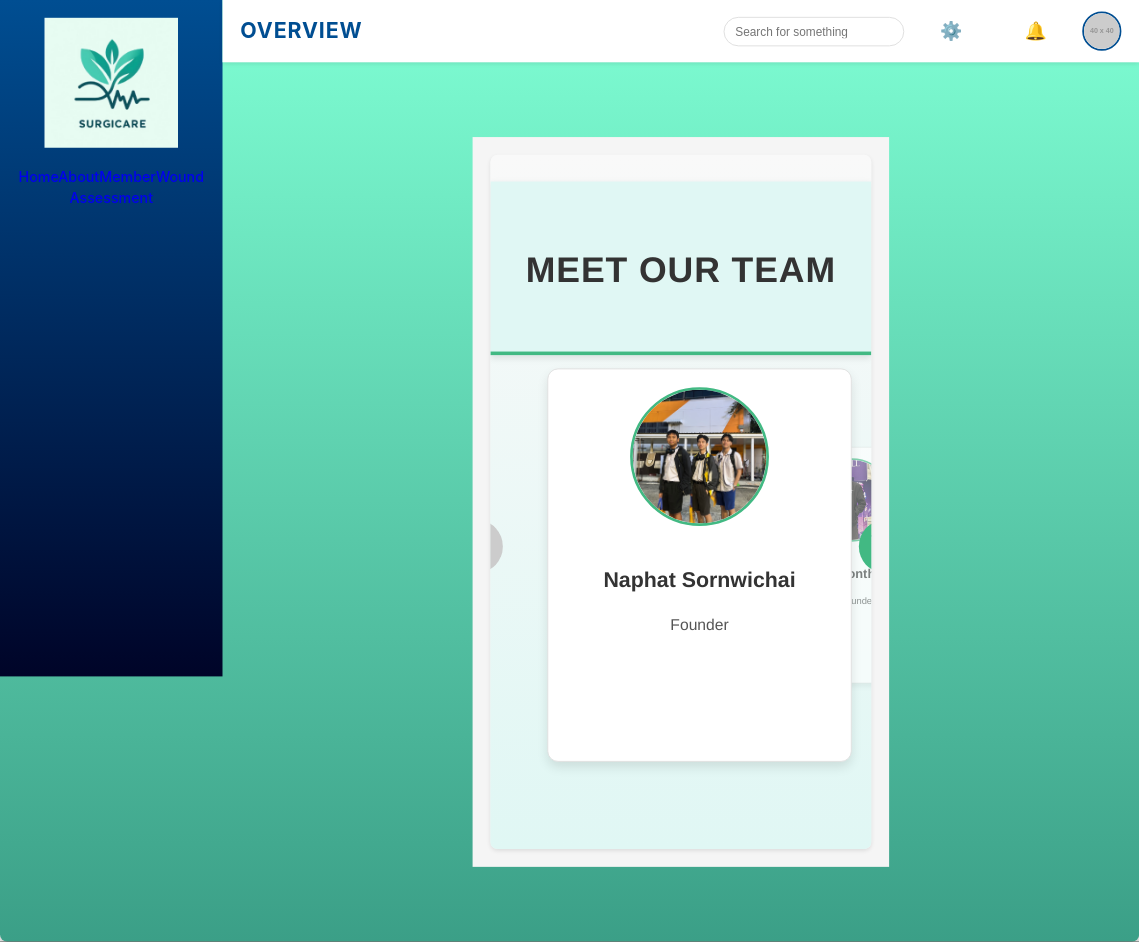
Repository: Jinwoo290350/Surgicare-Vue
Page: /member (app in surgicare/)
The author's editor kept a copy of each file at every save. The page is drawn from the files as they stood at one save, then again after the next save.
The browser window is 1280 px wide. The pictures show the whole page, at 89% of full size.
The project was rebuilt for these pictures with package versions that can differ from the ones it lists, and the page was loaded fresh each time. Also part of the build but not shown: surgicare/vite.config.js, surgicare/src/views/Home.vue, surgicare/src/views/About.vue, surgicare/src/components/WoundAssessment.vue.

Above is the page before, as saved 2024-12-30 15:20:21.
Console error: TypeError: Cannot read properties of null (reading 'getContext')

After the next save:
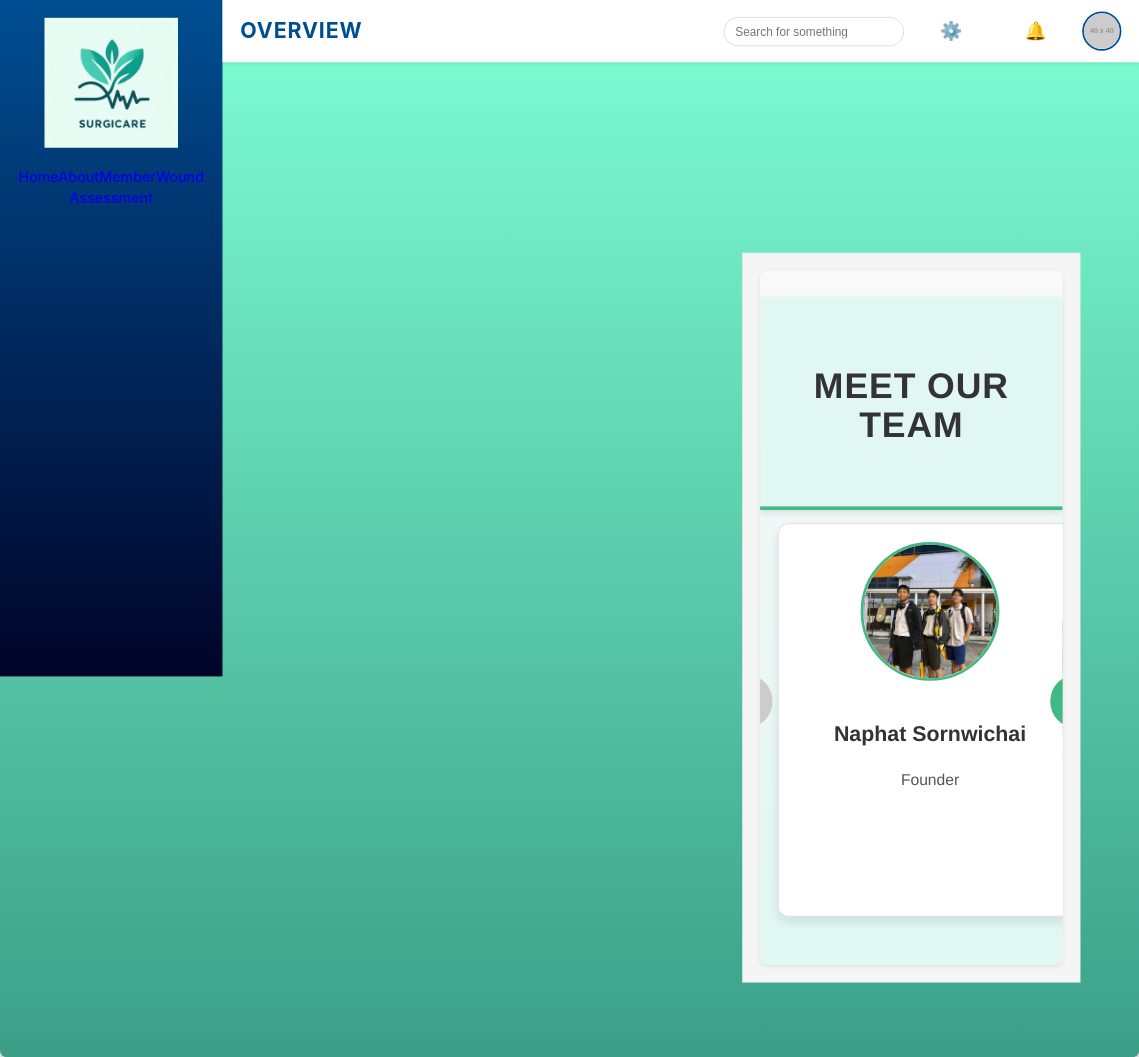
Saved 66 s later.
--- a/surgicare/src/App.vue
+++ b/surgicare/src/App.vue
@@ -143,8 +143,8 @@
 
 /* Main Content Styling */
 .main-content {
-  margin-top: 70px; /* Header offset */
-  margin-left: 250px; /* Sidebar offset */
+  margin-top: 200px; /* Header offset */
+  margin-left: 750px; /* Sidebar offset */
   padding: 20px;
   background: #f5f5f5;
   min-height: calc(100vh - 70px);

After the save that followed:
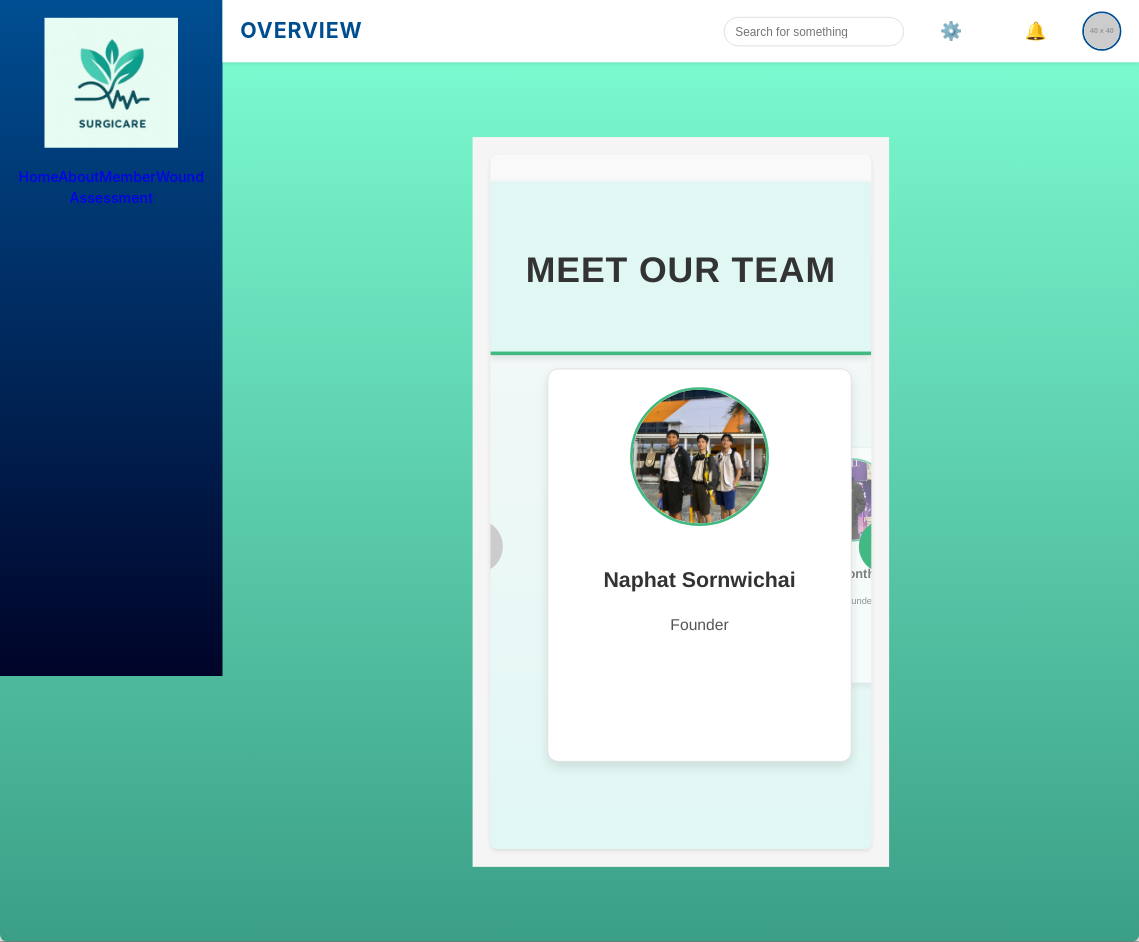
Saved 19 s later.
--- a/surgicare/src/App.vue
+++ b/surgicare/src/App.vue
@@ -143,8 +143,8 @@
 
 /* Main Content Styling */
 .main-content {
-  margin-top: 200px; /* Header offset */
-  margin-left: 750px; /* Sidebar offset */
+  margin-top: 70px; /* Header offset */
+  margin-left: 250px; /* Sidebar offset */
   padding: 20px;
   background: #f5f5f5;
   min-height: calc(100vh - 70px);
